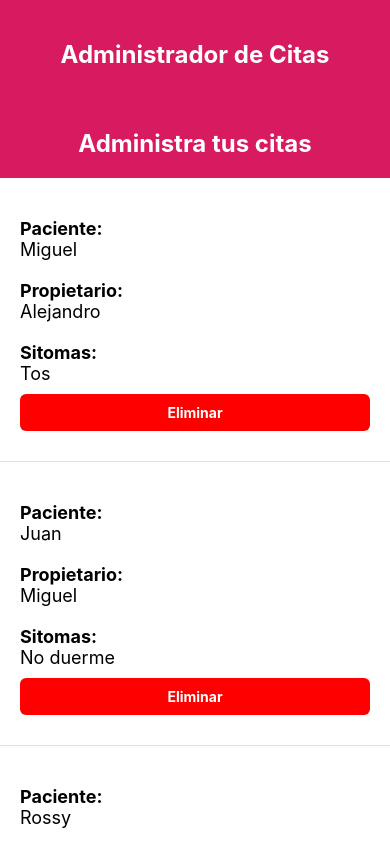
Repository: AleMicky/citas
Screen: /
The author's editor kept a copy of each file at every save. The screen is drawn from the files as they stood at one save, then again after the next save.
An inner scrolling area shows only its first screen. The app was drawn by React Native's web renderer in a window 390 px wide. The project was rebuilt for these pictures with package versions that can differ from the ones it lists, and the page was loaded fresh each time.

Above is the screen before, as saved 2020-06-27 00:56:14.

### App.js
import React from 'react'
import { View, Text, StyleSheet, FlatList } from 'react-native'
import Cita from './src/components/Cita';

export default function App() {

  const [citas, setCitas] = React.useState([
      { id:'1', paciente:'Miguel', propietario:'Alejandro', sitomas: 'Tos' },
      { id:'2', paciente:'Juan', propietario:'Miguel', sitomas: 'No duerme' },
      { id:'3', paciente:'Rossy', propietario:'Camila', sitomas: 'No come' }
  ]);

   const eliminarPaciente = id => {
      setCitas((citasActuales) =>{
        return citasActuales.filter(citas => citas.id != id)
      })
   }
  return (
    <View style={styles.contenedor}>
        <Text style={styles.titulo}>Administrador de Citas</Text>
          <Text style={styles.titulo}>{citas.length > 0 ?'Administra tus citas':'No hay citas, agrega una '}</Text>
          <FlatList data = {citas}
                    renderItem = {({item}) => (<Cita item = {item} eliminarPaciente = {eliminarPaciente}/>)}
                    keyExtractor = {citas => citas.id}
            />
    </View>
  )
}

const styles = StyleSheet.create({
  contenedor:{
    flex:1,
    backgroundColor:'#d81b60'
  },
  titulo:{
    marginTop:40,
    marginBottom:20,
    fontSize: 24,
    fontWeight:'bold',
    textAlign:'center',
    color:'#fff'
  }
})

### src/components/Cita.js
import React from 'react';
import { Text, StyleSheet, View, TouchableOpacity } from 'react-native';

const Cita = ({ item, eliminarPaciente }) => {

    const { id, paciente, propietario, sitomas  } = item;

    const dialogoEliminar = id => {
        eliminarPaciente(id);
    }

    return (
        <View style={styles.cita}>
            <View>
                <Text style={styles.lebel}>Paciente: </Text>
                <Text style={styles.texto}>{paciente}</Text>
            </View>
            <View>
                <Text style={styles.lebel}>Propietario: </Text>
                <Text style={styles.texto}>{propietario}</Text>
            </View>
            <View>
                <Text style={styles.lebel}>Sitomas: </Text>
                <Text style={styles.texto}>{sitomas}</Text>
            </View>
            <View>
                <TouchableOpacity onPress={() => dialogoEliminar(id)} style={styles.butonEliminar}>
                        <Text style={styles.textoELiminar}>Eliminar</Text>
                </TouchableOpacity>
            </View>
        </View>
    );
}
const styles = StyleSheet.create({
    cita:{
        backgroundColor:'#fff',
        borderBottomColor:"#e1e1e1",
        borderStyle:'solid',
        borderBottomWidth: 1,
        paddingVertical:20,
        paddingHorizontal:20,
    },
    lebel:{
        fontWeight:'bold',
        fontSize:18,
        marginTop:20
    },
    texto:{
        fontSize:18,
    },
    butonEliminar:{
        borderRadius: 6,
        padding:10,
        backgroundColor:'red',
        marginVertical:10,

    },
    textoELiminar:{
        color:'#fff',
        fontWeight:'bold',
        textAlign:'center'
    }
})
export default Cita;

### src/components/Formulario.js
import React from 'react';
import { View, Text } from 'react-native';

const Formulario = () => {
    return (
        <View>
            <Text>Formularioa</Text>
        </View>
    );
}

export default Formulario;

After the next save:
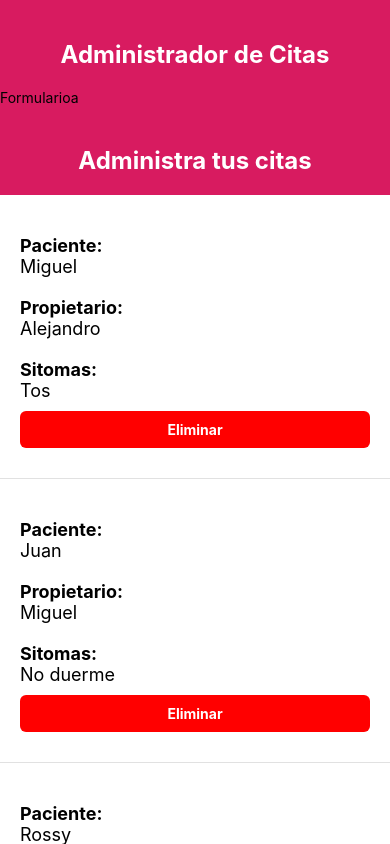
Saved 31 s later.
--- a/App.js
+++ b/App.js
@@ -1,6 +1,7 @@
 import React from 'react'
 import { View, Text, StyleSheet, FlatList } from 'react-native'
 import Cita from './src/components/Cita';
+import Formulario from './src/components/Formulario';
 
 export default function App() {
 
@@ -18,6 +19,7 @@ export default function App() {
   return (
     <View style={styles.contenedor}>
         <Text style={styles.titulo}>Administrador de Citas</Text>
+          <Formulario />
           <Text style={styles.titulo}>{citas.length > 0 ?'Administra tus citas':'No hay citas, agrega una '}</Text>
           <FlatList data = {citas}
                     renderItem = {({item}) => (<Cita item = {item} eliminarPaciente = {eliminarPaciente}/>)}
